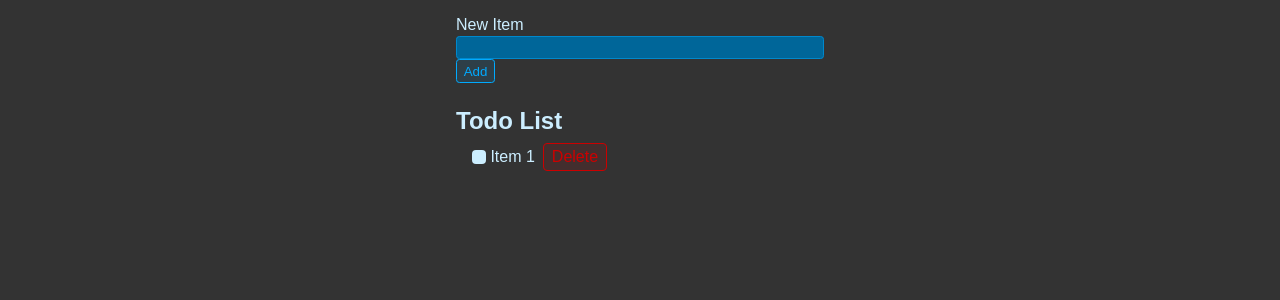
Repository: lvcg/react-todo-list-app
Page: /
The author's editor kept a copy of each file at every save. The page is drawn from the files as they stood at one save, then again after a run of saves.
The browser window is 1280 px wide. The pictures show the whole page.
The project was rebuilt for these pictures with package versions that can differ from the ones it lists, and the page was loaded fresh each time. Also part of the build but not shown: vite.config.js.

Above is the page before, as saved 2024-02-23 13:28:59.

After the next 5 saves:
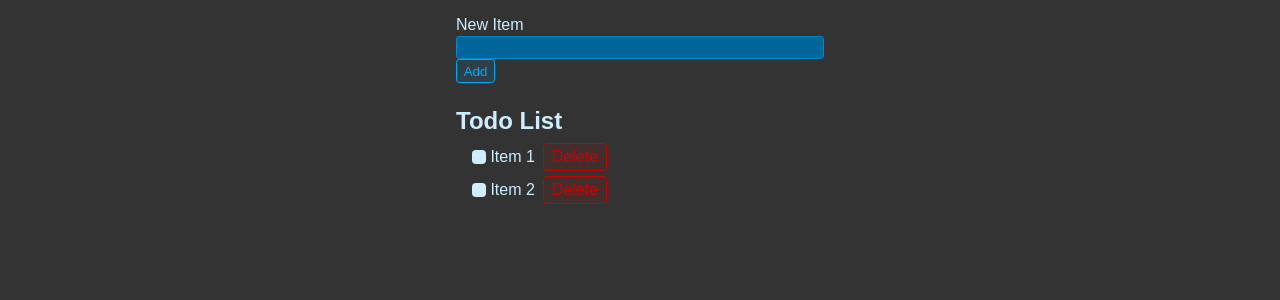
The 5 saves are shown as one change because 2 did not build or start and some came seconds apart.
The last was saved 56 s later.
--- a/src/App.jsx
+++ b/src/App.jsx
@@ -19,6 +19,13 @@ export default function App () {
         </label>
         <buttton className="btn btn-danger">Delete</buttton>
       </li>
+      <li>
+        <label>
+          <input type="checkbox" />
+          Item 2
+        </label>
+        <buttton className="btn btn-danger">Delete</buttton>
+      </li>
     </ul>
   </>
   )
